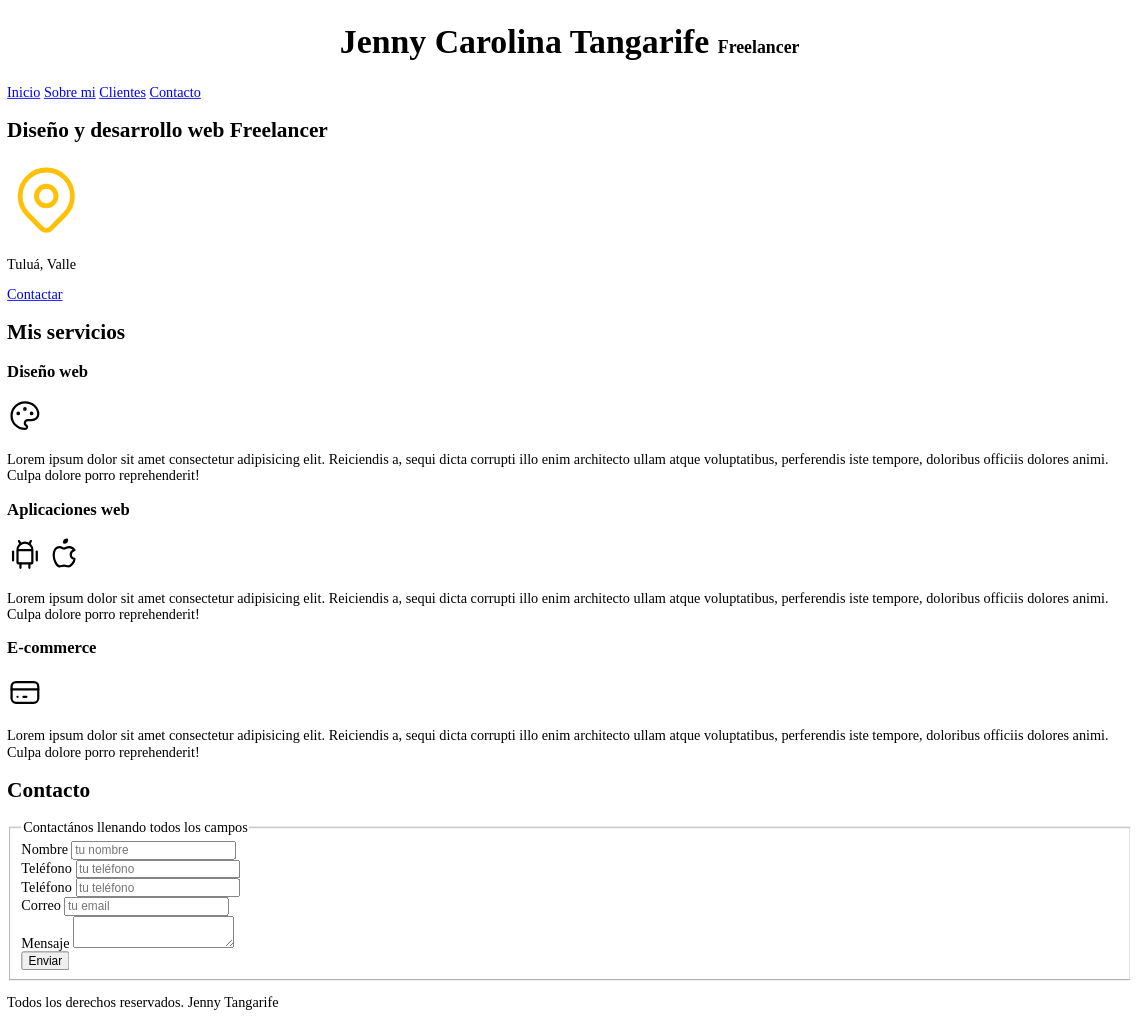
Repository: Jenny980/Sitio-freelancer
Page: index.html
An editor plug-in stored every save of this project. The page is shown before and after the next save, followed by the edit.
The browser window is 1280 px wide. The pictures show the whole page, at 89% of full size.
Some web fonts or font styles are not loaded; a fallback is used.

Above is the page before, as saved 2023-02-24 16:24:25.

After the next save:
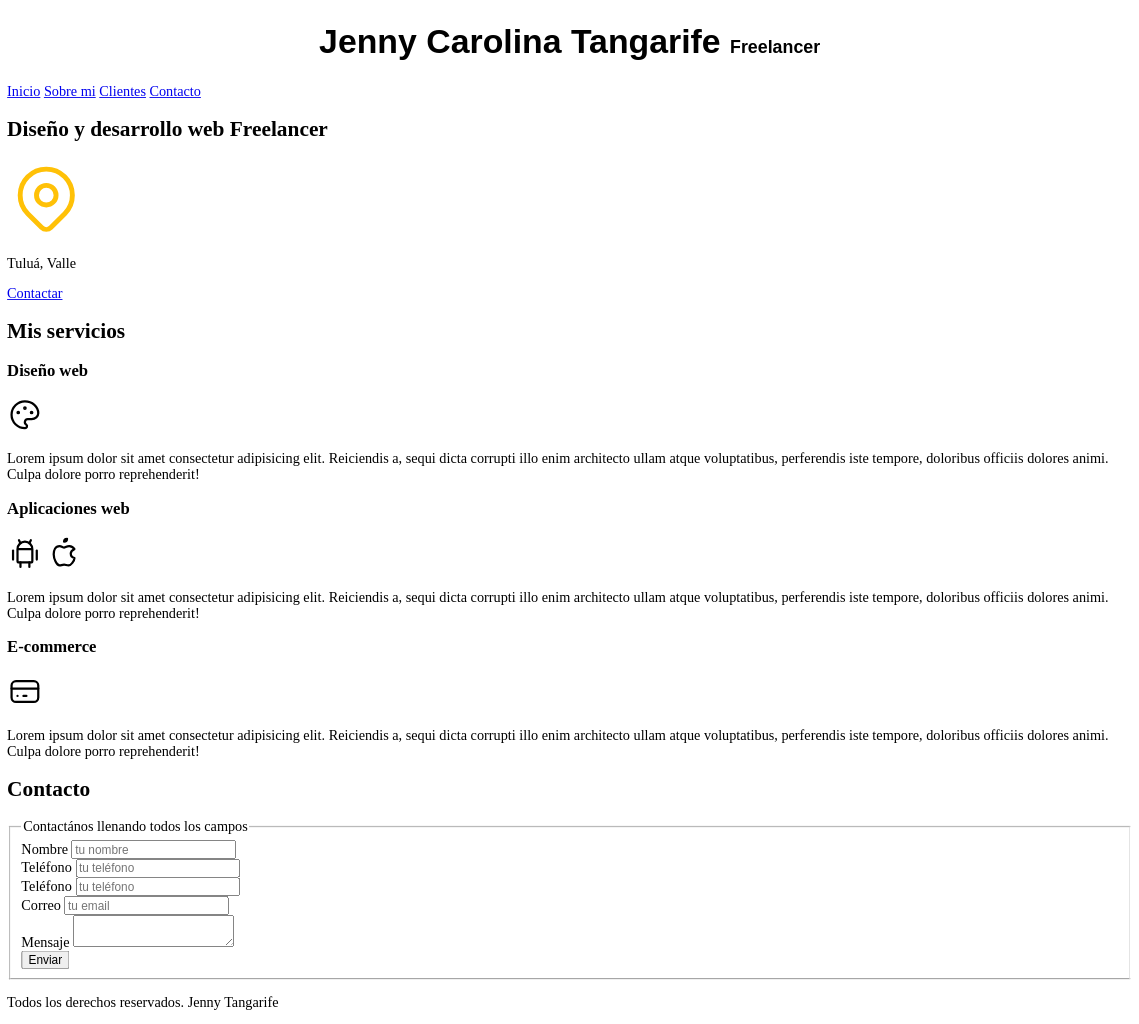
Saved 65 s later.
--- a/css/styles.css
+++ b/css/styles.css
@@ -13,6 +13,7 @@ body{
 .titulo {
     text-align: center;
     font-size: 3.8rem;
+    font-family: 'Krub', sans-serif;
 
 }
 
